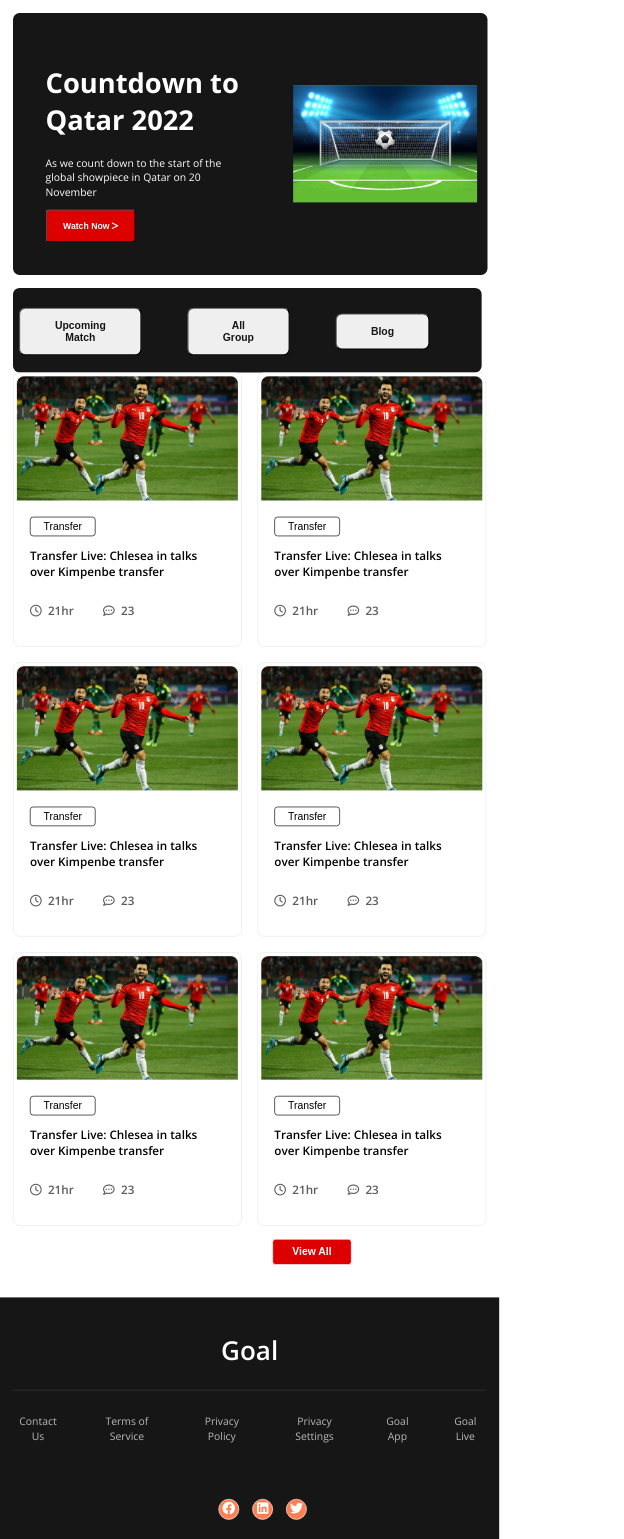
Repository: zjria/Qatar-world-cup
Page: index.html
An editor plug-in stored every save of this project. The page is shown before and after the next save, followed by the edit.
The browser window is 768 px wide. The page is 960 px wide, so the pictures cover 960 px, including what lies to the right of the window. The pictures show the whole page, at 65% of full size.

Above is the page before, as saved 2022-09-11 20:38:54.

After the next save:
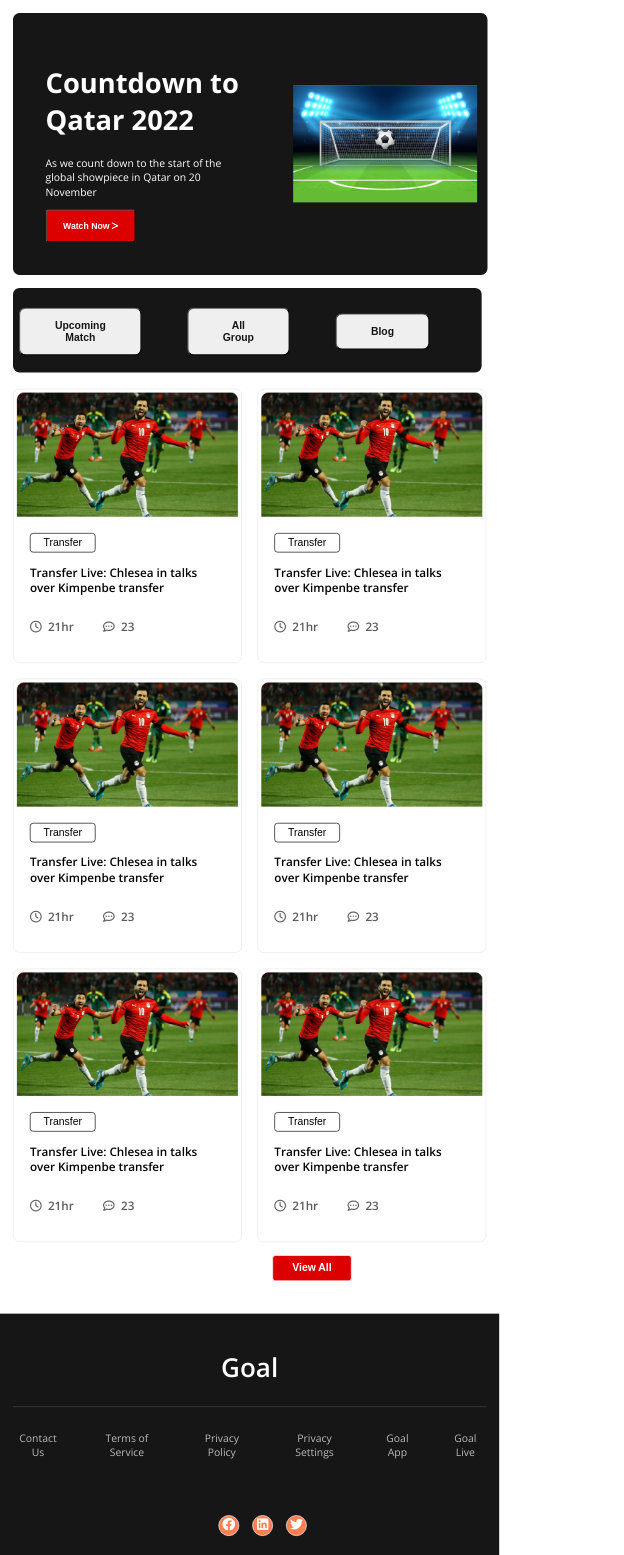
Saved 47 s later.
--- a/style.css
+++ b/style.css
@@ -440,5 +440,6 @@
         grid-column-gap: 24px;
         grid-row-gap: 24px; */
         grid-template-columns: repeat(2, 1fr);
-    }
-}
+        margin-top: 25px;
+    }
+}
